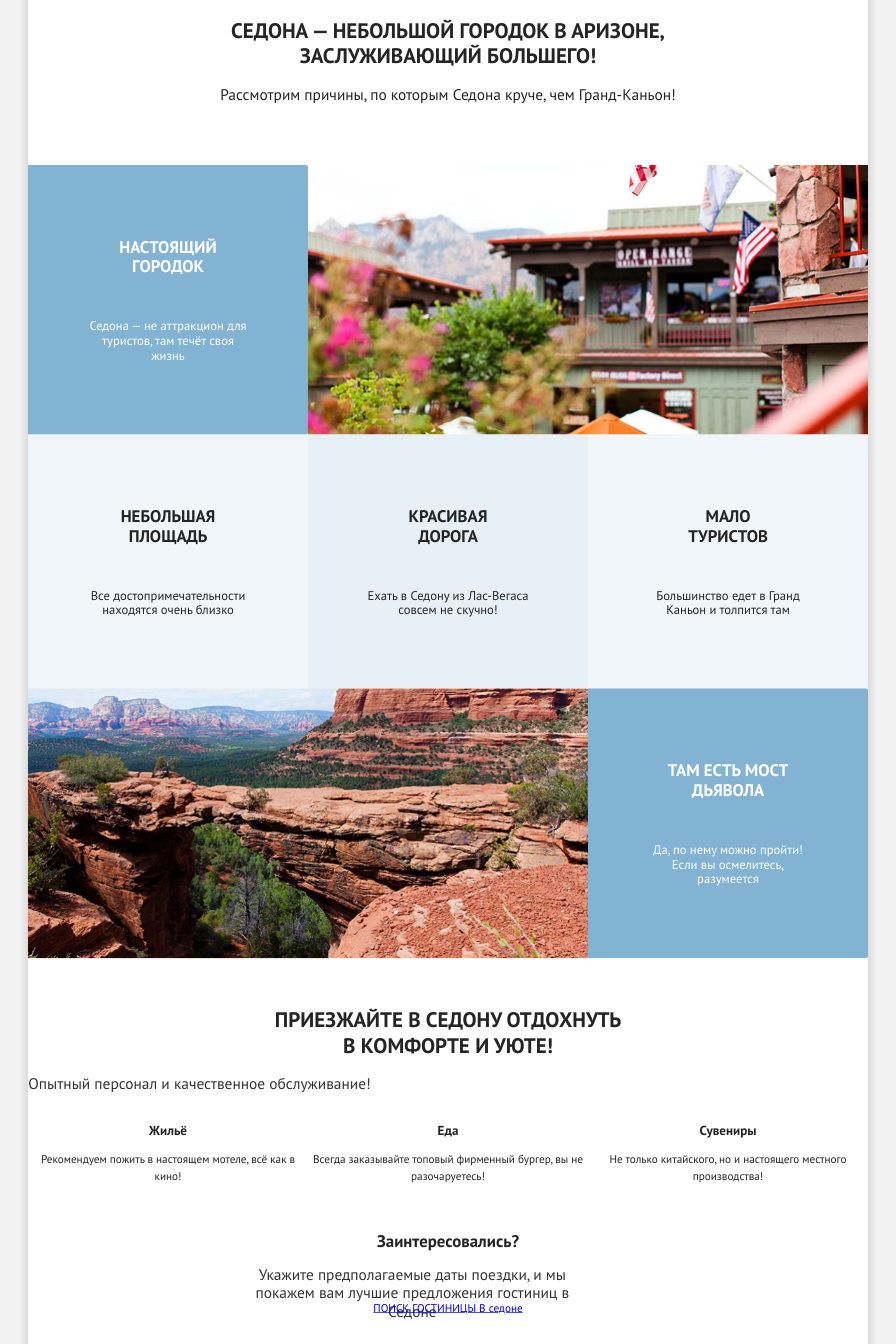
Repository: zakhgagne/2512253-sedona-1
Page: index.html
The author's editor kept a copy of each file at every save. The page is drawn from the files as they stood at one save, then again after the next save.
The browser window is 1280 px wide. The pictures show the part of the page from y = 594 to 2514 px (the page is 3182 px tall before and 3189 px after), at 70% of full size.

Above is the page before, as saved 2024-05-11 15:50:20.

After the next save:
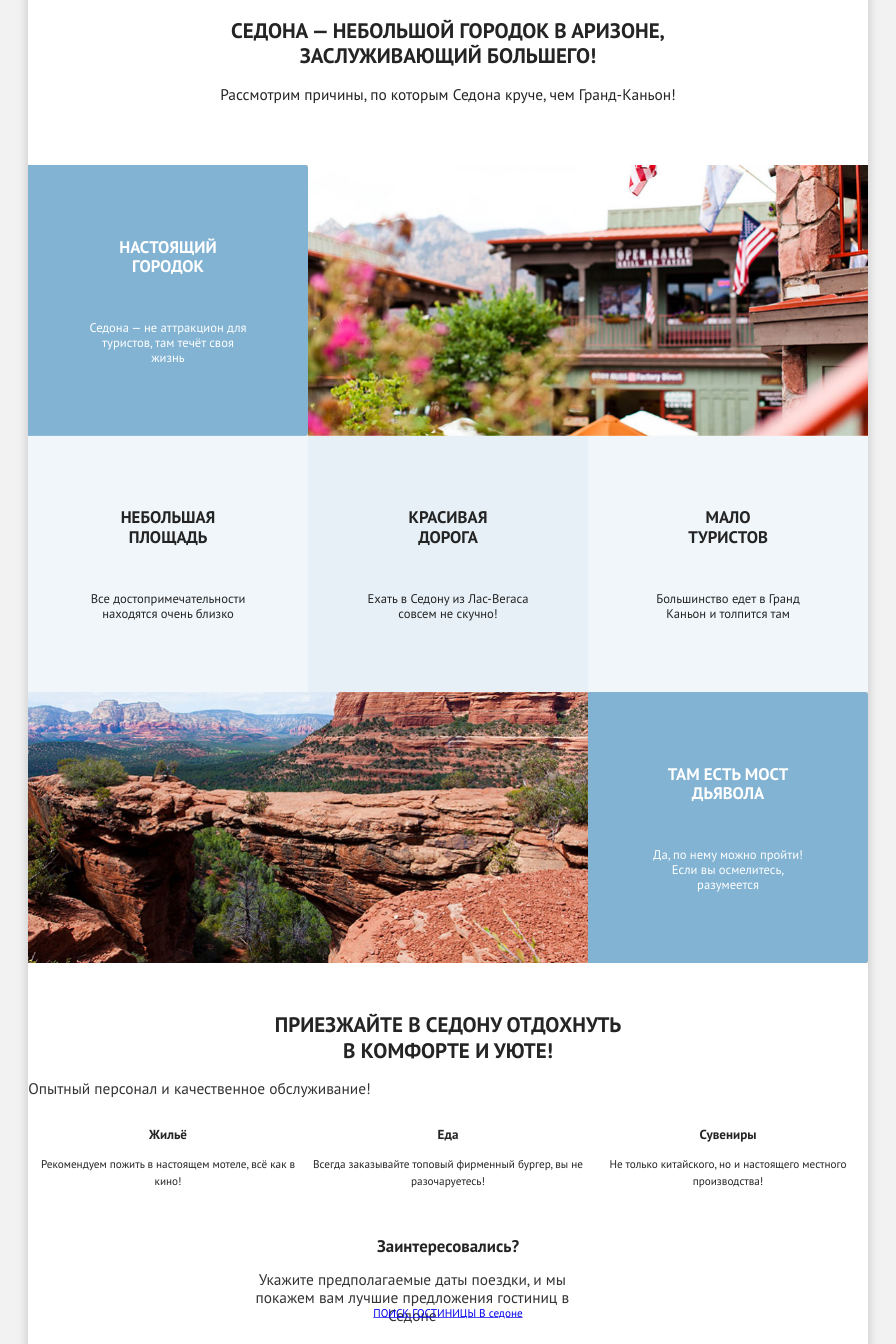
Saved 2 min 42 s later.
--- a/styles/styles.css
+++ b/styles/styles.css
@@ -158,7 +158,7 @@ body {
 }
 
 .reason-title {
-  margin: 0 auto 60px;
+  margin: 0 auto 63px;
   padding: 0;
   font-size: 24px;
   font-weight: 700;
